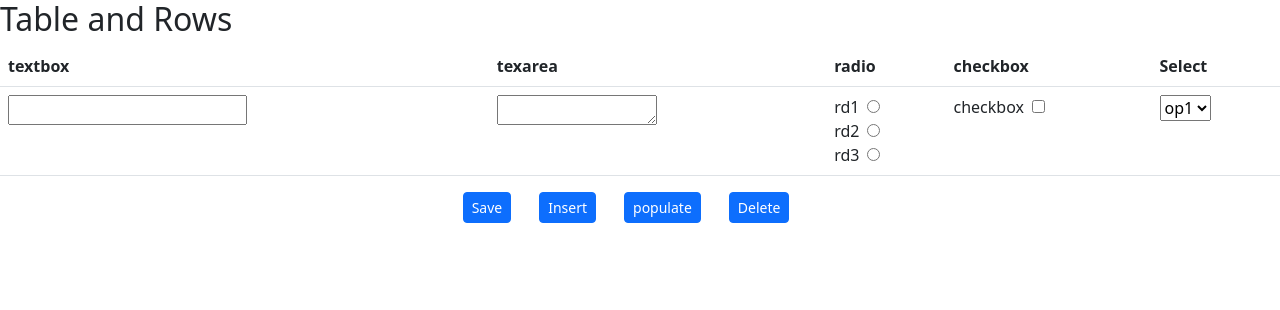
Repository: ishanbassi/iotasol-assignments
Page: /iotasol/work-8
An editor plug-in stored every save of this project. The page is shown before and after the next save, followed by the edit.
The browser window is 1280 px wide. The pictures show the whole page.
The project was rebuilt for these pictures with package versions that can differ from the ones it lists, and the page was loaded fresh each time. Some packages were replaced by stand-ins written for this rebuild. The framework's server and built-in components were replaced by stand-ins that run in the browser.

Above is the page before, as saved 2022-11-09 17:37:33.

### pages/_app.tsx
import "../styles/global.css"
import 'bootstrap/dist/css/bootstrap.min.css';
export default function App({Component,ComponentProps}){
    return(
        <Component {...ComponentProps}/>
    )
}

### pages/iotasol/work-8.tsx
import { Table, Button } from "react-bootstrap"
import { useState } from "react"
export default function App() {
    const [count, setCount] = useState(1)
    return (
        <>
            <h2>Table and Rows</h2>
            <Table>
                <thead>
                    <tr>
                        <th>textbox</th>
                        <th>texarea</th>
                        <th>radio</th>
                        <th>checkbox</th>
                        <th>Select</th>
                    </tr>
                </thead>
                <tbody>
                    <tr>
                        <td>
                            <input type="text" name="small" id="small" />
                        </td>
                        <td>
                            <textarea name="details" id="details" cols={15} rows={1}></textarea>
                        </td>
                        <td>
                            <div>
                                <label htmlFor="rd1">rd1</label>
                                <input type="radio" name="rd" id="rd1" value="rd1" />
                            </div>
                            <div>
                                <label htmlFor="rd2">rd2</label>
                                <input type="radio" name="rd" id="rd2" value="rd2" />
                            </div>
                            <div>
                                <label htmlFor="rd3">rd3</label>
                                <input type="radio" name="rd" id="rd3" value="rd3" />
                            </div>
                        </td>
                        <td>
                            <label htmlFor="check">checkbox</label>
                            <input type="checkbox" name="check" id="check" />
                        </td>
                        <td>
                            <select name="select" id="select">
                                <option value="op1">op1</option>
                                <option value="op2">op2</option>
                                <option value="op3">op3</option>
                            </select>
                        </td>
                    </tr>
                </tbody>
            </Table>
            <div className="action-btns">
                <Button  variant="primary" size="sm" type="button" name="save">Save</Button>
                <Button variant="primary" size="sm"  type="button" name="insert">Insert</Button>
                <Button  variant="primary" size="sm" type="button" name="populate">populate</Button>
                <Button  variant="primary" size="sm" type="button" name="delete">Delete</Button>
            </div>
            <style jsx>{`
                    label{
                        padding-right:.5em;
                    }
                    .action-btns{
                        text-align:center

                    }


                `}

            </style>
        </>
    )
}

### styles/global.css
ol{
    list-style-position: inside;
}
button{
    margin-right: 2em !important;
}

After the next save:
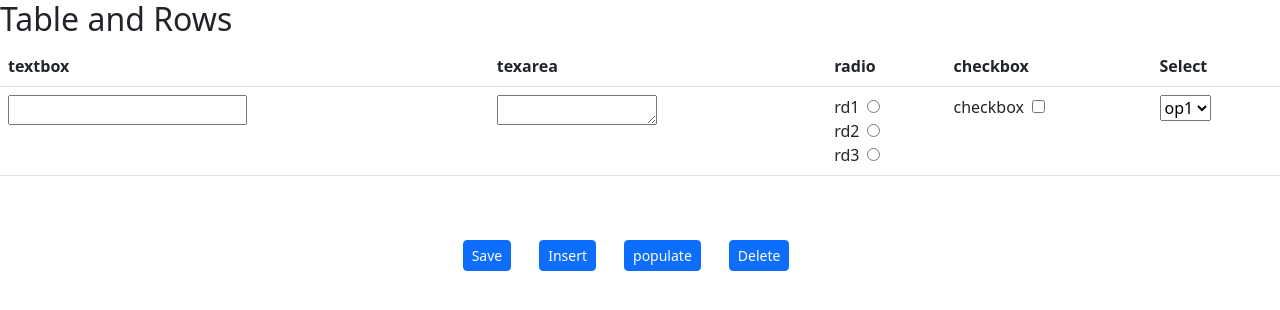
Saved 27 s later.
--- a/pages/iotasol/work-8.tsx
+++ b/pages/iotasol/work-8.tsx
@@ -62,6 +62,7 @@ export default function App() {
                         padding-right:.5em;
                     }
                     .action-btns{
+                        padding-top:3em;
                         text-align:center
 
                     }
